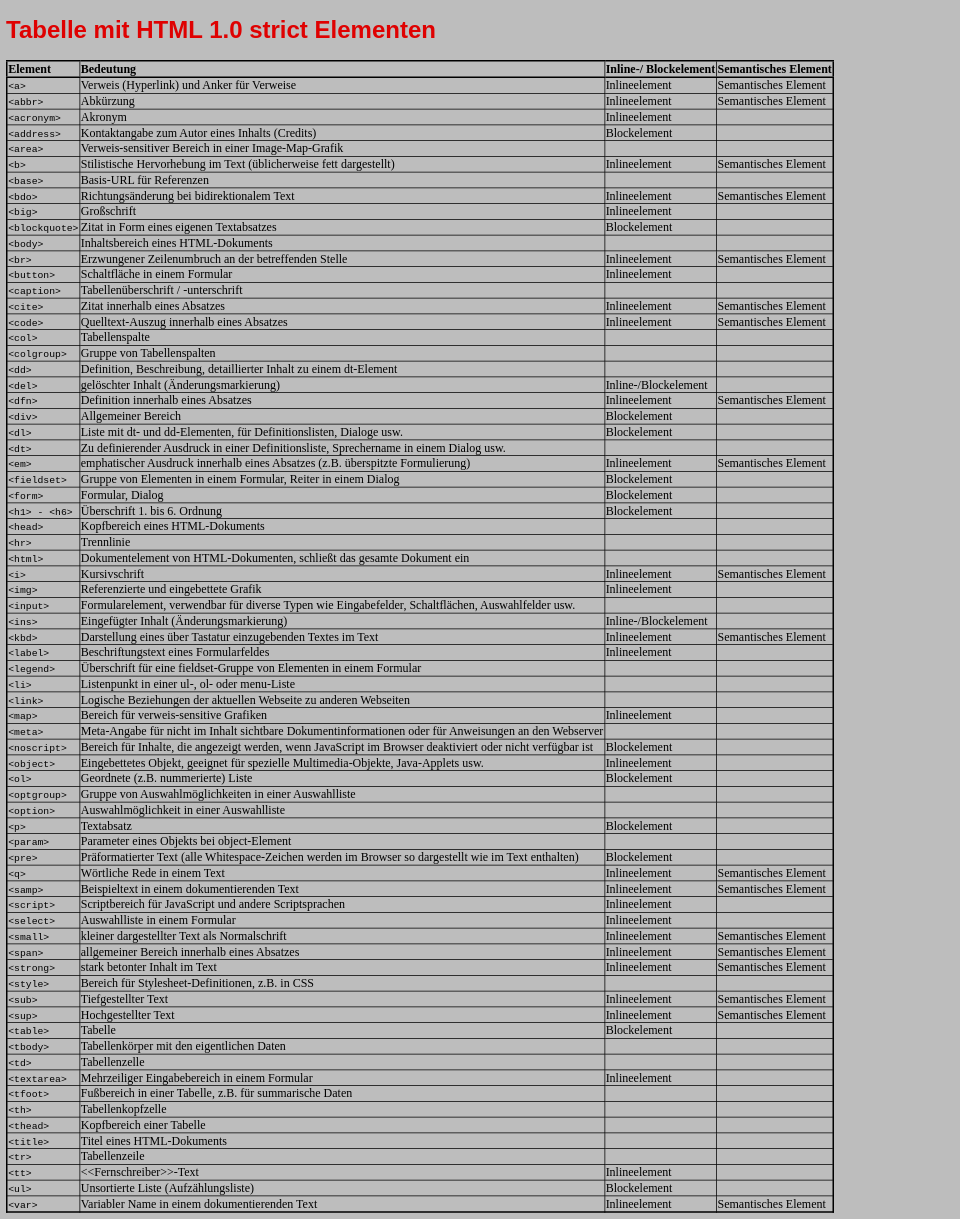
Repository: pLurchi/MyWebengineeringRepo
Page: RemoteSystemsTempFiles/HA-Kapitel06/WebContent/index.html
An editor plug-in stored every save of this project. The page is shown before and after the next save, followed by the edit.
The browser window is 1280 px wide. The pictures show the whole page, at 75% of full size.

Above is the page before, as saved 2013-11-30 10:05:37.

After the next save:
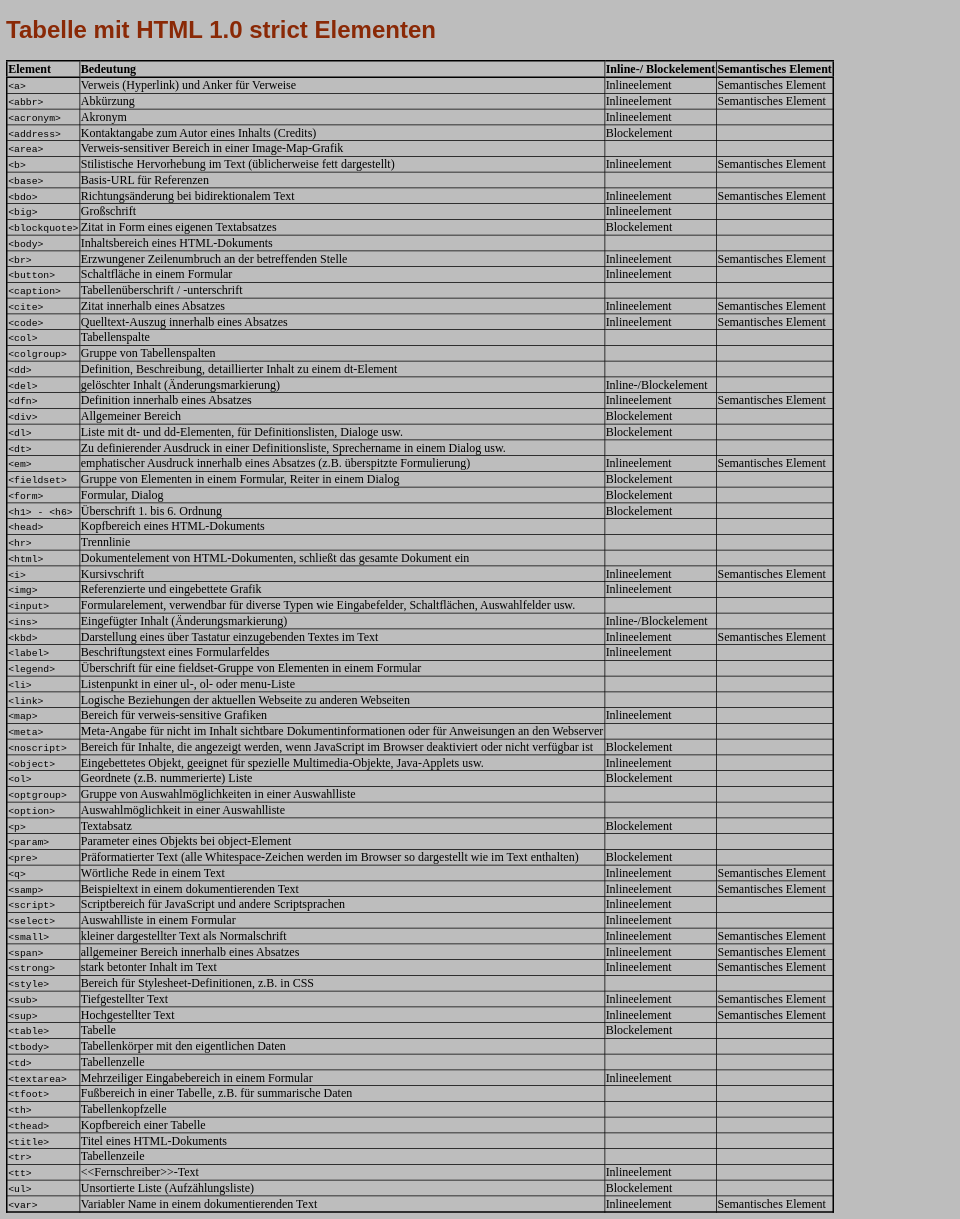
Saved 24 s later.
--- a/RemoteSystemsTempFiles/HA-Kapitel06/WebContent/CSS/stylesheet.css
+++ b/RemoteSystemsTempFiles/HA-Kapitel06/WebContent/CSS/stylesheet.css
@@ -28,7 +28,7 @@ body {
 
 h1 {
 	font-family:sans-serif;
-	color: #DF0101;
+	color: #8A2906;
 }
 
 
